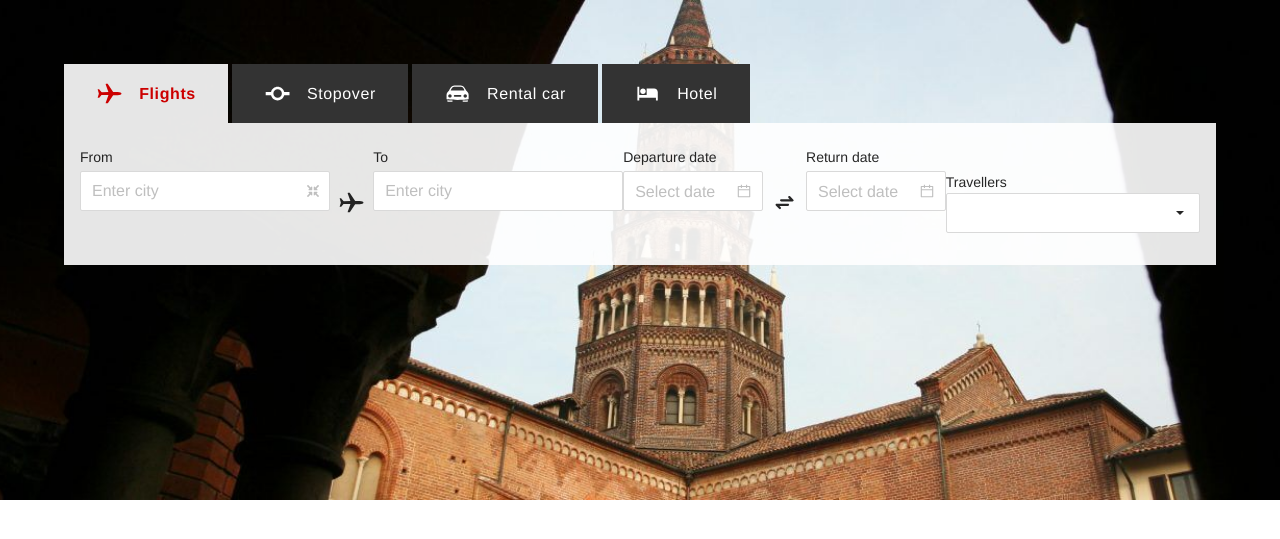
Repository: guidogr95/Everymundo-Excercise
Page: /
The author's editor kept a copy of each file at every save. The page is drawn from the files as they stood at one save, then again after the next save.
The browser window is 1280 px wide. The pictures show the whole page.
The project was rebuilt for these pictures with package versions that can differ from the ones it lists, and the page was loaded fresh each time. Also part of the build but not shown: src/components/CustomSpin/customspin.scss.

Above is the page before, as saved 2021-07-01 20:37:39.

### src/index.jsx
import React from 'react';
import ReactDOM from 'react-dom';
import App from './App';
import reportWebVitals from './reportWebVitals';
// redux
import { createStore } from 'redux'
import { Provider } from 'react-redux'
import { flightReducer } from 'src/redux/reducers/flightReducer'
const store = createStore(flightReducer)

ReactDOM.render(
  <React.StrictMode>
    <Provider store={store}>
      <App />
    </Provider>
  </React.StrictMode>,
  document.getElementById('root')
);

// If you want to start measuring performance in your app, pass a function
// to log results (for example: reportWebVitals(console.log))
// or send to an analytics endpoint. Learn more: https://bit.ly/CRA-vitals
reportWebVitals();

### src/App.jsx
// utils
import {
  QueryClient,
  QueryClientProvider,
} from 'react-query'
// styles
import 'antd/dist/antd.css';
import './app.scss';
// components
import BookingMask from 'src/components/BookingMask'

const queryClient = new QueryClient({
  defaultOptions: {
    queries: {
      refetchOnWindowFocus: false,
    },
  },
})

function App() {
  return (
    <QueryClientProvider client={queryClient}>
      <div className="App">
        <div className="flightmanager-container container" >
          <BookingMask />
        </div>
      </div>
    </QueryClientProvider>
  );
}

export default App;

### src/redux/reducers/flightReducer.js
const initialState = {
    geo: {
      origin: '',
      desination: ''
    },
    date: {
      departure: '',
      toReturn: '',
    },
    passengers: {
      adults: 1,
      children: 0,
      infants: 0
    }
}

export const flightReducer = (state = initialState, action) => {
  switch(action.type){
    case '@geo/update-origin':
      return {
          ...state,
          geo: {
          ...state.geo,
          origin: action.payload
        }
      }
    case '@geo/update-destination':
      return {
          ...state,
          geo: {
          ...state.geo,
          destination: action.payload
        }
      }
    case '@date/update-departure':
      return {
          ...state,
          date: {
          ...state.date,
          departure: action.payload
        }
      }
    case '@date/update-to-return':
      return {
          ...state,
          date: {
          ...state.date,
          toReturn: action.payload
        }
      }
    case '@passengers/update-adults--add':
      return {
          ...state,
          passengers: {
          ...state.passengers,
          adults: returnPlusOne(state.passengers.adults)
        }
      }
    case '@passengers/update-adults--subtract':
      return {
          ...state,
          passengers: {
          ...state.passengers,
          adults: state.passengers.adults > 0 ? returnMinusOne(state.passengers.adults) : 0
        }
      }
      case '@passengers/update-children--add':
        return {
          ...state,
          passengers: {
            ...state.passengers,
            children: returnPlusOne(state.passengers.children)
          }
        }
      case '@passengers/update-children--subtract':
        return {
            ...state,
            passengers: {
            ...state.passengers,
            children: state.passengers.children > 0 ? returnMinusOne(state.passengers.children) : 0
          }
        }
      case '@passengers/update-infants--add':
        return {
          ...state,
          passengers: {
            ...state.passengers,
            infants: returnPlusOne(state.passengers.infants)
          }
        }
      case '@passengers/update-infants--subtract':
        return {
            ...state,
            passengers: {
            ...state.passengers,
            infants: state.passengers.infants > 0 ? returnMinusOne(state.passengers.infants) : 0
          }
        }
    default:
      return state;
  }
}

// helpers
const returnPlusOne = (val) => val + 1
const returnMinusOne = (val) => val - 1

// action creators
// @geo
export const geoUpdateOrigin = (payload) => {
  return {
    type: '@geo/update-origin',
    payload
  }
}
export const geoUpdateDestination = (payload) => {
  return {
    type: '@geo/update-destination',
    payload
  }
}
// @date
export const dateUpdateDeparture = (payload) => {
  return {
    type: '@date/update-departure',
    payload
  }
}
export const dateUpdateToReturn = (payload) => {
  return {
    type: '@date/update-to-return',
    payload
  }
}
// @passengers
export const passUpdateAddAdults = () => {
  return {
    type: '@passengers/update-adults--add'
  }
}
export const passUpdateSubtractAdults = () => {
  return {
    type: '@passengers/update-adults--subtract'
  }
}
export const passUpdateAddChildren = () => {
  return {
    type: '@passengers/update-children--add'
  }
}
export const passUpdateSubtractChildren = () => {
  return {
    type: '@passengers/update-children--subtract'
  }
}
export const passUpdateAddInfants = () => {
  return {
    type: '@passengers/update-infants--add'
  }
}
export const passUpdateSubtractInfants = () => {
  return {
    type: '@passengers/update-infants--subtract'
  }
}

### src/app.scss
@import 'styles/global';

.App {
  .container {
    width: $desktop-maxwidth;
    max-width: 100%;
  }
  .flightmanager-container {
    background: url('./assets/images/bg.jpg');
    background-size: cover;
    background-position: center;
    min-height: 500px;
    margin: auto;
    padding: 4rem;
  }
}

### src/components/BookingMask/index.jsx
import { useState } from 'react'
// styles
import './bookingmask.scss'
// assets
import { IoIosAirplane, IoMdGitCommit, IoIosCar, IoMdBed } from 'react-icons/io'
// components
import EmptyTab from './EmptyTab'
import FlightsTab from './FlightsTab'

const BookingMask = () => {
  const tabs = [
    {
      name: 'Flights',
      icon: <IoIosAirplane />,
      component: <FlightsTab />
    },
    {
      name: 'Stopover',
      icon: <IoMdGitCommit />,
      component: <EmptyTab />
    },
    {
      name: 'Rental car',
      icon: <IoIosCar />,
      component: <EmptyTab />
    },
    {
      name: 'Hotel',
      icon: <IoMdBed />,
      component: <EmptyTab />
    }
  ]

  const [activeTab, setActiveTab] = useState(tabs[0].name)
  const handleTab = name => setActiveTab(name)

  return (
    <section className="bookingmask" >
      <ul className="bookingmask__nav" >
        {tabs.map(tab =>
          <button
            className={activeTab === tab.name ? 'active' : ''}
            onClick={() => handleTab(tab.name)}
            key={tab.name}
          >
            {tab.icon}<span>{tab.name}</span>
          </button>
        )}
      </ul>
      <div className="bookingmask__tabs-wrapper" >
          {tabs.map(tab =>
            <div
              key={tab.name}
              className={`bookingmask__tab${activeTab === tab.name ? ' active' : ''}`}
            >
              {tab.component}
            </div>
          )}
      </div>
    </section>
  )
}

export default BookingMask

### src/styles/_global.scss
@import 'variables';
@import 'mixins';

html,
body {
  position: relative;
  padding: 0;
  margin: 0;
  font-family: $font-family;
  -webkit-text-size-adjust: 100%;
  -webkit-font-smoothing: auto;
  -moz-font-smoothing: auto;
  -moz-osx-font-smoothing: auto;
  --antd-wave-shadow-color: #c00;
}
* {
  box-sizing: border-box;
}
ul {
  margin: 0;
  padding: 0;
}
button {
  border: none;
  cursor: pointer;
}
.ant-select {
  min-width: 250px;
}
.ant-select:not(.ant-select-disabled):hover .ant-select-selector,
.ant-select-focused:not(.ant-select-disabled).ant-select:not(.ant-select-customize-input) .ant-select-selector,
.ant-picker-focused,
.ant-picker-cell-in-view.ant-picker-cell-today .ant-picker-cell-inner::before,
.ant-picker:hover, .ant-picker-focused {
  border-color: $color-red !important;
}
.ant-picker-today-btn {
  color: $color-red !important;
}
body::-moz-selection,
body::selection {
  color: $color-red !important;
  background: $color-red !important;
}

### src/styles/_variables.scss
// measurements
$desktop-maxwidth: 90rem;
// colors
$color-red: #c00;
$color-gray: #333333;
$color-white: #fff;
// fonts
// font-family
$font-family: SwissText,Helvetica,Arial,sans-serif,LufthansaMamSymbolText;
// font-weight
$font-weight-medium: 700;
$font-weight-small: 300;
// font-size
$font-size-normal: 1rem;
$font-size-large: 1.7rem;
// line height
$line-height-medium: 2.2rem;
// letter spacing
$letter-spacing-small: .6px;

// tab variables
// colors
$color-active-tab-bg: hsla(0,0%,100%,.9);
// padding
$padding-tab-link: 1rem 2rem;
$padding-tab-content: 3rem 1rem 2rem 1rem;
// margin
$margin-tab-link: 0 0 0 .25rem;

### src/styles/_mixins.scss
// MIXINS
@mixin breakpoint($point) {
  @media (max-width: $point) {
    @content;
  }
}

### src/components/BookingMask/bookingmask.scss
@import '/src/styles/variables';
.bookingmask {
  &__nav {
    list-style: none;
    button {
      &:not(:first-of-type) {
        margin: $margin-tab-link;
      }
      color: $color-white;
      background: $color-gray;
      padding: $padding-tab-link;
      display: inline-flex;
      align-items: center;
      font-size: $font-size-normal;
      font-weight: $font-weight-small;
      letter-spacing: $letter-spacing-small;
      &.active {
        color: $color-red;
        font-weight: $font-weight-medium;
        background-color: $color-active-tab-bg;
      }
      svg {
        margin-right: 1rem;
        font-size: $font-size-large;
      }
    }
  }
  &__tabs-wrapper {
    position: relative;
  }
  &__tab {
    position: absolute;
    top: 0;
    left: 0;
    right: 0;
    padding: $padding-tab-content;
    background-color: $color-active-tab-bg;
    display: none;
    &.active {
      display: block;
    }
  }
}

### src/components/BookingMask/EmptyTab/index.jsx
const EmptyTab = () => {
  return (
    <div>
      some more stuff
    </div>
  )
}

export default EmptyTab

### src/components/BookingMask/FlightsTab/index.jsx

// components
import AirportInputs from './AirportInputs'
import DateInputs from './DateInputs'
import PassengersInput from './PassengersInput'

import './flightstab.scss'

export default function FlightsTab () {
  return (
    <div className="bookingmask__flight" >
      <AirportInputs/>
      <DateInputs/>
      <PassengersInput
        label="Travellers"
        id={"passInput"}
      />
    </div>
  )
}

### src/components/BookingMask/FlightsTab/AirportInputs/index.jsx
// assets
import { IoIosAirplane } from 'react-icons/io'
import { FaCompressArrowsAlt } from 'react-icons/fa'
// components
import AirportInput from './AirportInput'
// redux
import { useDispatch, useSelector } from 'react-redux'
import { geoUpdateOrigin, geoUpdateDestination } from 'src/redux/reducers/flightReducer'

import './airportinputs.scss'

export default function AirportInputs () {
  const state = useSelector(state => state.geo)
  const dispatch = useDispatch()
  const { origin, destination } = state

  return (
    <div className="bookingmask__flight--geo" >
      <AirportInput
        label="From"
        value={origin}
        setValue={(v) => dispatch(geoUpdateOrigin(v))}
        placeholder="Enter city"
        id="fromInput"
        showArrow={true}
        suffixIcon={<FaCompressArrowsAlt/>}
        />
      <span className="separator" >
        <IoIosAirplane/>
      </span>
      <AirportInput
        label="To"
        value={destination}
        setValue={(v) => dispatch(geoUpdateDestination(v))}
        placeholder="Enter city"
        id="toInput"
        showArrow={false}
      />
    </div>
  )
}

### src/components/BookingMask/FlightsTab/DateInputs/index.jsx
// assets
import { CgArrowsExchange } from 'react-icons/cg'
// components
import DateInput from './DateInput'
// redux
import { useDispatch } from 'react-redux'
import { dateUpdateDeparture, dateUpdateToReturn } from 'src/redux/reducers/flightReducer'

import './dateinputs.scss'

export default function DateInputs () {
  const dispatch = useDispatch()
  return (
    <div className="bookingmask__flight--date" >
      <DateInput
          label="Departure date"
          id="depInput"
          setValue={(v) => dispatch(dateUpdateDeparture(v))}
      />
      <span className="separator" >
        <CgArrowsExchange/>
      </span>
      <DateInput
          label="Return date"
          id="returnInput"
          setValue={(v) => dispatch(dateUpdateToReturn(v))}
      />
    </div>
  )
}

### src/components/BookingMask/FlightsTab/PassengersInput/index.jsx
// utils
import { Input } from 'antd'
// assets
import { IoMdArrowDropdown } from 'react-icons/io'

export default function PassengersInput ({ label, id }) {
  return (
    <div className="bookingmask__flight--pass" >
      { label && <label htmlFor={id} >{label}</label>}
      <Input
        suffix={<IoMdArrowDropdown/>}
        id={id}
        size="large"
      />
    </div>
  )
}

### src/components/BookingMask/FlightsTab/flightstab.scss
@import '/src/styles/variables';
.bookingmask__flight {
  display: grid;
  grid-template-columns: repeat(3, auto);
  .separator {
    display: flex;
    align-items: center;
    font-size: $font-size-large;
    padding: 0 .5rem;
  }
  .input-wrapper {
    display: flex;
    align-items: flex-end;
  }
}

### src/components/BookingMask/FlightsTab/AirportInputs/AirportInput/index.jsx
import { useCallback, useState, useMemo } from 'react'
// utils
import throttle from 'lodash/throttle'
import { Select } from 'antd'
// api
import { fetchAirports } from 'src/api/fetchers'
// components
import CustomSpin from 'src/components/CustomSpin'

import './airportinput.scss'

const { Option } = Select

const AirportInput = ({ placeholder, showArrow, suffixIcon, label, id , value, setValue }) => {

  const [isLoading, setIsLoading] = useState(false)
  const [data, setData] = useState([])

  const throttledFetch = useMemo(
    () =>
      throttle(val => {
        fetchAirports(val)
        .then((res) => setData(res.data || []))
        .catch(() => setData([]))
        .finally(() => {
          setIsLoading(false)
        })
      }, 2000),
    []
  )
  const handleSelect = useCallback(
    val => {
      setIsLoading(true)
      const innerVal = val || ''
      setValue(innerVal)
      // fetching api accepts a min of 3 letters for search
      if (innerVal.length <= 2) {
        setData([])
        setIsLoading(false)
      } else {
        throttledFetch(val)
      }
    },
    [throttledFetch, setValue]
  )

  return (
    <div className="airportinput__wrapper" >
      {label && <label htmlFor={id} >{label}</label>}
      <Select
        showSearch
        allowClear
        id={id}
        placeholder={placeholder || 'Enter city'}
        value={value || undefined}
        onSearch={handleSelect}
        onChange={(val) => setValue(val)}
        onClear={handleSelect}
        size='large'
        showArrow={showArrow}
        suffixIcon={suffixIcon}
        optionLabelProp='value'
        defaultActiveFirstOption={false}
        dropdownClassName="airportinput__dropdown"
        filterOption={false}
        notFoundContent={isLoading ? <CustomSpin size="medium"/> : null}
      >
        {data.length > 0
          ? data.map(airport =>
            <Option key={airport.iata} value={`${airport.city} - ${airport.iata}`} >
              <span>{airport.name}</span>
              <span>{airport.iata}</span>
              <span>{airport.country.name}</span>
            </Option>)
          : null
        }
      </Select>
    </div>
  )
}

export default AirportInput

### src/components/BookingMask/FlightsTab/AirportInputs/airportinputs.scss
.bookingmask__flight--geo {
  display: flex;
}

### src/components/BookingMask/FlightsTab/DateInputs/DateInput/index.jsx
import { DatePicker } from 'antd'
import { useState } from 'react'

import './dateinput.scss'

const DateInput = ({ id, label, setValue }) => {
  const [dateObj, setDateObj] = useState('')
  const onChange = (date, dateString) => {
    setDateObj(date)
    setValue(dateString)
  }
  return (
    <div className="dateinput__wrapper" >
      {label && <label htmlFor={id} >{label}</label>}
      <DatePicker
        size="large"
        id={id}
        value={dateObj}
        onChange={onChange}
      />
    </div>
  )
}

export default DateInput

### src/components/BookingMask/FlightsTab/DateInputs/dateinputs.scss
.bookingmask__flight--date {
  display: flex;
}

### src/api/fetchers.js
// utils
import axios from 'axios'

const apiUrl = 'https://airportnames.vercel.app/api'

const fetchAirports = (term) => axios.post(`${apiUrl}/getAirports`, { term })

export {
  fetchAirports
}

### src/components/CustomSpin/index.jsx
import { Spin } from 'antd'
import { LoadingOutlined } from '@ant-design/icons'

import './customspin.scss'

const antIcon = <LoadingOutlined className="customspin" spin />

const CustomSpin = (props) => <Spin indicator={antIcon} {...props} />

export default CustomSpin

### src/components/BookingMask/FlightsTab/AirportInputs/AirportInput/airportinput.scss
.airportinput__dropdown {
  .ant-select-item-empty {
    text-align: center;
  }
  .ant-select-item-option-content {
    display: flex;
    flex-direction: column;
    span:nth-of-type(2) {
      font-weight: bold;
    }
  }
}
.airportinput__wrapper {
  display: flex;
  flex-direction: column;
  position: relative;
  label {
    position: absolute;
    left: 0;
    bottom: calc(100% + .2rem);
  }
}

### src/components/BookingMask/FlightsTab/DateInputs/DateInput/dateinput.scss
.dateinput__wrapper {
  display: flex;
  flex-direction: column;
  position: relative;
  label {
    position: absolute;
    left: 0;
    bottom: calc(100% + .2rem);
  }
}

Loaded but not shown: public/index.html (common file); src/reportWebVitals.js (common file)

After the next save:
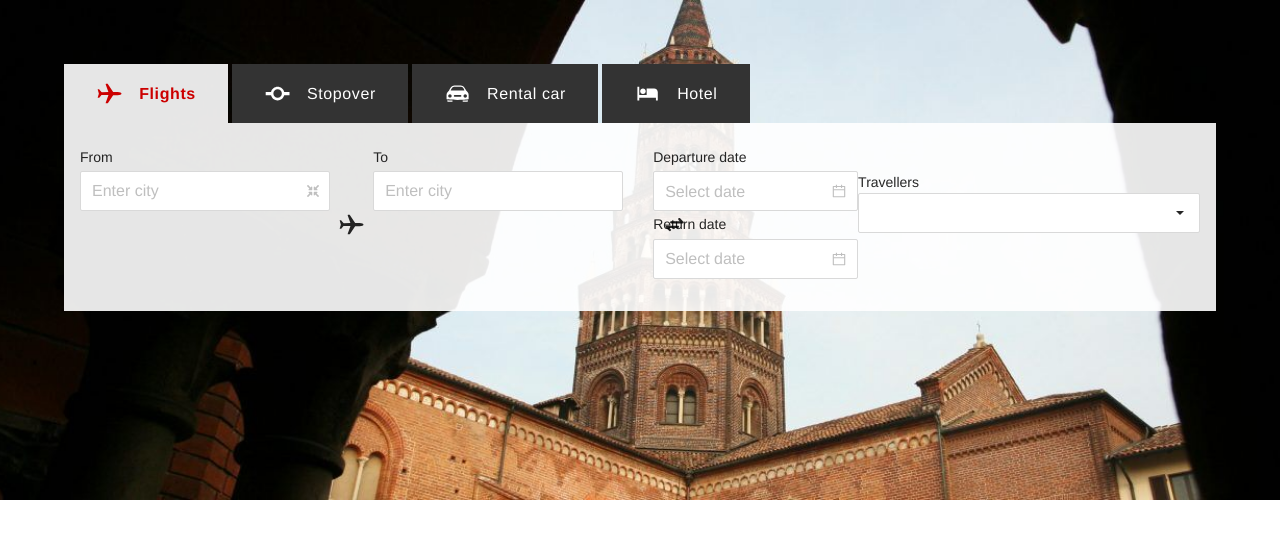
Saved 19 s later.
--- a/src/components/BookingMask/FlightsTab/DateInputs/index.jsx
+++ b/src/components/BookingMask/FlightsTab/DateInputs/index.jsx
@@ -5,8 +5,6 @@ import DateInput from './DateInput'
 // redux
 import { useDispatch } from 'react-redux'
 import { dateUpdateDeparture, dateUpdateToReturn } from 'src/redux/reducers/flightReducer'
-
-import './dateinputs.scss'
 
 export default function DateInputs () {
   const dispatch = useDispatch()
